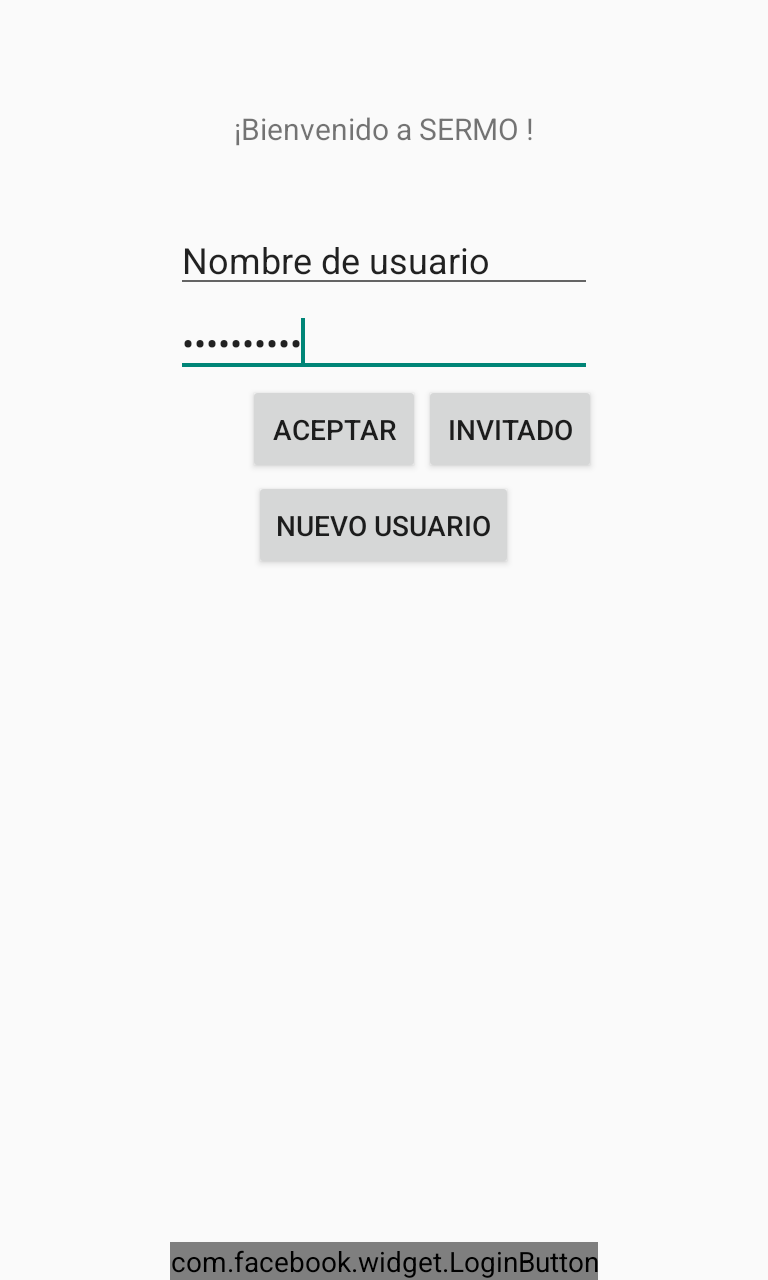
Repository: MVidi/juegos
Layout: SermoJuego/res/layout/pantallaprimera.xml
The author's editor kept a copy of each file at every save. The layout is drawn from the files as they stood at one save, then again after the next save.
Pictures or frames that could not be fetched are drawn as grey boxes. It is drawn on a 768 x 1280 px phone screen (xhdpi) without system bars, with theme AppTheme; the app's code is not run.

Above is the layout before, as saved 2014-08-11 16:16:37.

### SermoJuego/res/layout/pantallaprimera.xml
<RelativeLayout xmlns:android="http://schemas.android.com/apk/res/android"
    xmlns:tools="http://schemas.android.com/tools"
    android:id="@+id/container"
    android:layout_width="match_parent"
    android:layout_height="match_parent"
    tools:context=".pantallaInicioActivity"
    tools:ignore="MergeRootFrame" >

    <Button
        android:id="@+id/aceptarPI"
        android:layout_width="wrap_content"
        android:layout_height="wrap_content"
        android:layout_below="@+id/contrasenaPI"
        android:layout_toLeftOf="@+id/invitadoPI"
        android:onClick="aceptarPulsado"
        android:text="@string/Aceptar" />

    <Button
        android:id="@+id/invitadoPI"
        android:layout_width="wrap_content"
        android:layout_height="wrap_content"
        android:layout_above="@+id/nuevoUsuarioPI"
        android:layout_alignRight="@+id/authButton"
        android:onClick="conectarMongo"
        android:text="@string/Invitado" />

    <EditText
        android:id="@+id/contrasenaPI"
        android:layout_width="wrap_content"
        android:layout_height="wrap_content"
        android:layout_below="@+id/usuarioPI"
        android:layout_centerHorizontal="true"
        android:ems="10"
        android:inputType="textPassword"
        android:onClick="clicarContrasena"
        android:text="@string/Contrasena" >

        <requestFocus />
    </EditText>

    <Button
        android:id="@+id/nuevoUsuarioPI"
        android:layout_width="wrap_content"
        android:layout_height="wrap_content"
        android:layout_below="@+id/aceptarPI"
        android:layout_centerHorizontal="true"
        android:text="@string/nuevoUsuario" />

    <EditText
        android:id="@+id/usuarioPI"
        android:layout_width="wrap_content"
        android:layout_height="wrap_content"
        android:layout_alignRight="@+id/contrasenaPI"
        android:layout_below="@+id/TituloPI"
        android:layout_marginTop="33dp"
        android:ems="10"
        android:inputType="textPersonName"
        android:onClick="clicarUsuario"
        android:text="@string/Usuario" />

    <TextView
        android:id="@+id/TituloPI"
        android:layout_width="wrap_content"
        android:layout_height="wrap_content"
        android:layout_alignParentTop="true"
        android:layout_centerHorizontal="true"
        android:layout_marginTop="54dp"
        android:text="@string/juego"
        android:textSize="15sp" />

    <com.facebook.widget.LoginButton
        android:id="@+id/authButton"
        android:layout_width="wrap_content"
        android:layout_height="wrap_content"
        android:layout_alignParentBottom="true"
        android:layout_centerHorizontal="true" />

</RelativeLayout>

### SermoJuego/res/values/strings.xml
<?xml version="1.0" encoding="utf-8"?>
<resources>

    <string name="app_name">SERMO</string>
    <string name="hello_world">Hello world!</string>
    <string name="juego">¡Bienvenido a SERMO !</string>
    <string name="action_settings">Settings</string>
  	<string name="Usuario">Nombre de usuario</string>
  	<string name="Contrasena">Contraseña</string>
  	<string name="Aceptar">Aceptar</string>
  	<string name="Invitado">Invitado</string>
  	<string name="nuevoUsuario">Nuevo Usuario</string>
  	<string name="jugar">jugar</string>
  	<string name="amigos">Amigos</string>
  	<string name="configurar">Configuración</string>
  	<string name="tipopartida">Seleccione tipo de partida</string>
</resources>

Loaded but not shown: SermoJuego/res/values/styles.xml (common file); SermoJuego/res/values-v11/styles.xml (common file); SermoJuego/res/values-v14/styles.xml (common file)

After the next save:
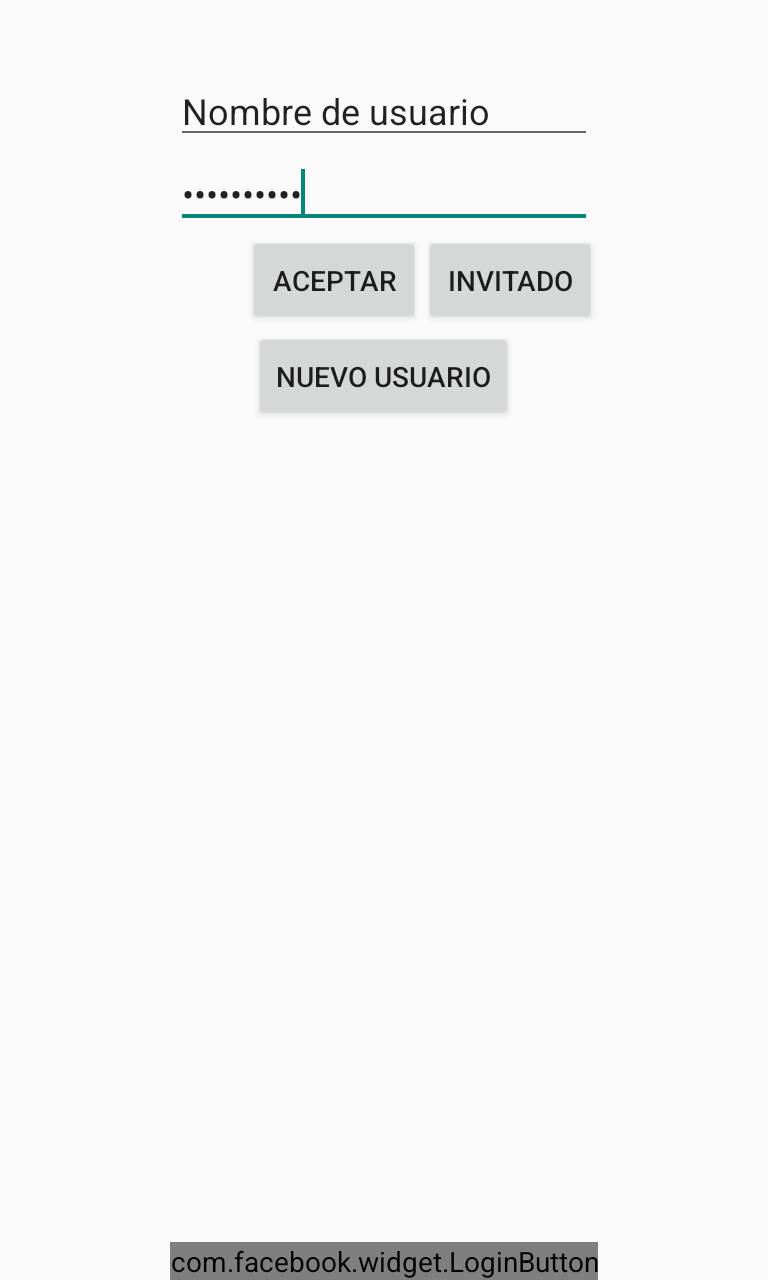
Saved 73 s later.
--- a/SermoJuego/res/layout/pantallaprimera.xml
+++ b/SermoJuego/res/layout/pantallaprimera.xml
@@ -51,22 +51,11 @@
         android:layout_width="wrap_content"
         android:layout_height="wrap_content"
         android:layout_alignRight="@+id/contrasenaPI"
-        android:layout_below="@+id/TituloPI"
         android:layout_marginTop="33dp"
         android:ems="10"
         android:inputType="textPersonName"
         android:onClick="clicarUsuario"
         android:text="@string/Usuario" />
-
-    <TextView
-        android:id="@+id/TituloPI"
-        android:layout_width="wrap_content"
-        android:layout_height="wrap_content"
-        android:layout_alignParentTop="true"
-        android:layout_centerHorizontal="true"
-        android:layout_marginTop="54dp"
-        android:text="@string/juego"
-        android:textSize="15sp" />
 
     <com.facebook.widget.LoginButton
         android:id="@+id/authButton"
